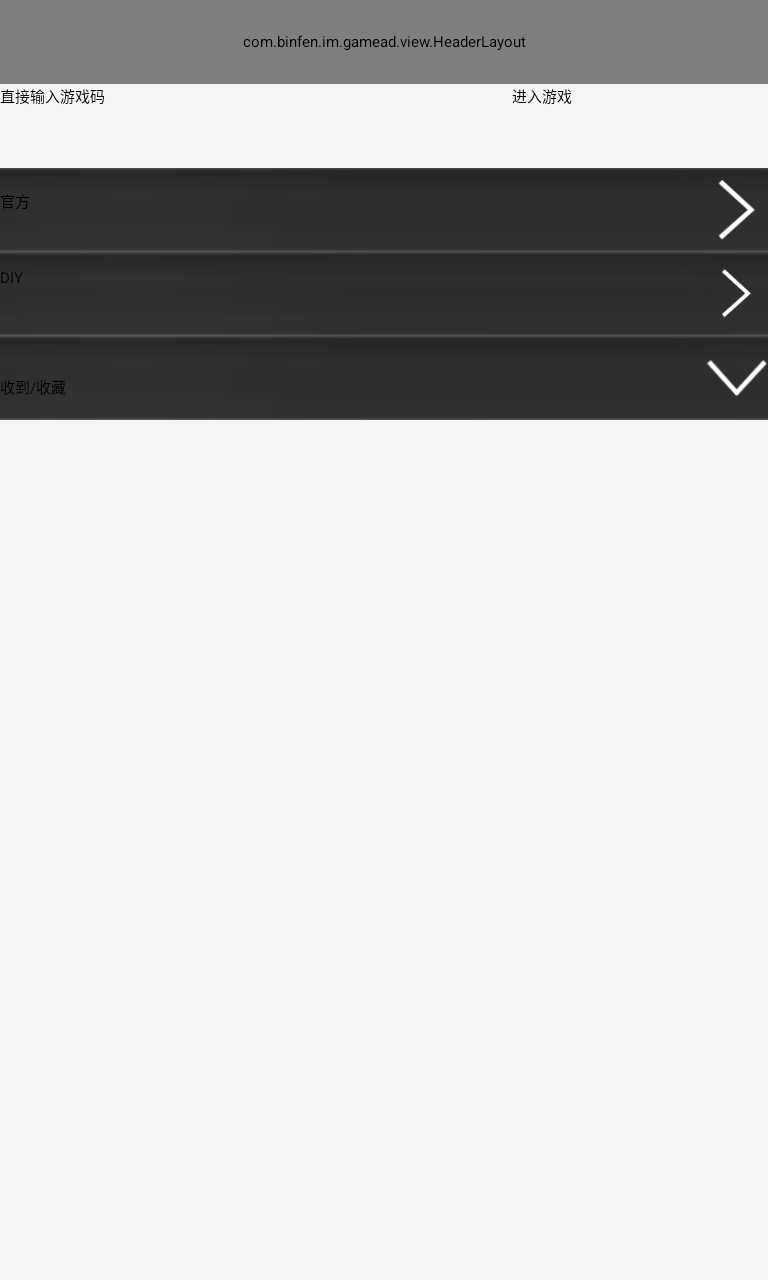
Repository: hosle/gad2
Layout: gamead_IM2/res/layout/xxh_gamelayout3.xml
An editor plug-in stored every save of this project. The layout is shown before and after the next save, followed by the edit.
Pictures or frames that could not be fetched are drawn as grey boxes. It is drawn on a 768 x 1280 px phone screen (xhdpi) without system bars, with theme AppTheme; the app's code is not run. Lists and similar views that code fills are empty. The app's manifest (not shown) leaves right-to-left support off. So textAlignment, textDirection and layoutDirection are ignored, and left and right values win over start and end ones.

Above is the layout before, as saved 2015-06-26 07:19:02.

### gamead_IM2/res/layout/xxh_gamelayout3.xml
<?xml version="1.0" encoding="utf-8"?>
<RelativeLayout xmlns:android="http://schemas.android.com/apk/res/android"
    android:layout_width="match_parent"
    android:layout_height="match_parent"
     android:background="@color/base_bg"
    >

    <include
        android:id="@+id/common_actionbar"
        layout="@layout/include_action_bar"
        android:layout_width="match_parent"
        android:layout_height="42dp"
        android:layout_alignParentTop="true" />

    <LinearLayout
        android:id="@+id/bar2"
        android:layout_width="match_parent"
        android:layout_height="126dp"
        android:layout_below="@+id/common_actionbar"
        android:orientation="vertical" >
         <LinearLayout
            android:orientation="horizontal"
            android:layout_width="match_parent"
            android:layout_height="42dp">
            <EditText android:id="@+id/edt_gamecode"
                android:layout_height="match_parent"
                android:layout_width="0dp"
                android:layout_weight="2"
                android:hint="@string/hintgamecode"/>
            <Button android:id="@+id/btn_gamecode"
                android:layout_height="match_parent"
                android:layout_width="0dp"
                android:layout_weight="1"
                android:text="@string/btngamecode"
                />

        </LinearLayout>

       <RelativeLayout
            android:layout_width="match_parent"
            android:layout_height="42dp"
            android:gravity="center_vertical"
            android:background="@drawable/xxh_game_dir" >

           <TextView
               android:id="@+id/official_game"
               android:layout_width="wrap_content"
               android:layout_height="wrap_content"
               android:layout_alignParentLeft="true"
               android:layout_centerVertical="true"
               android:text="官方"
               android:textAppearance="?android:attr/textAppearanceLarge" />

           <ImageButton
               android:id="@+id/xxh_imagebnt1"
               android:layout_width="wrap_content"
               android:layout_height="wrap_content"
               android:layout_alignParentBottom="true"
               android:layout_alignParentRight="true"
               android:layout_alignRight="@+id/official_game"
               android:background="@drawable/xxh_game_bkimgbnt"
               android:src="@drawable/xxh_game_ar" />

        </RelativeLayout>

        <RelativeLayout
            android:layout_width="match_parent"
            android:layout_height="42dp"
            android:gravity="center_vertical"
            android:background="@drawable/xxh_game_dir" >

            <TextView
               android:id="@+id/receive_game"
               android:layout_width="wrap_content"
               android:layout_height="wrap_content"
               android:layout_alignParentLeft="true"
               android:layout_centerVertical="true"
               android:text="DIY"
               android:textAppearance="?android:attr/textAppearanceLarge" />

           <ImageButton
               android:id="@+id/xxh_imagebnt2"
               android:layout_width="wrap_content"
               android:layout_height="wrap_content"
               android:layout_alignParentRight="true"
               android:layout_alignTop="@+id/receive_game"
               android:background="@drawable/xxh_game_bkimgbnt"
               android:src="@drawable/xxh_game_ar" />

        </RelativeLayout>
       </LinearLayout>
       <LinearLayout
            android:layout_width="match_parent"
            android:layout_height="wrap_content"
            android:layout_below="@+id/bar2"

            android:orientation="vertical"
           >
        <RelativeLayout
            android:layout_width="match_parent"
            android:layout_height="42dp"
            android:gravity="center_vertical"
            android:background="@drawable/xxh_game_dir" >
           <TextView
               android:id="@+id/save_game"
               android:layout_width="wrap_content"
               android:layout_height="wrap_content"
               android:layout_alignParentStart="true"
               android:layout_alignParentLeft="true"
               android:layout_centerVertical="true"
               android:text="收到/收藏"
               android:textAppearance="?android:attr/textAppearanceLarge" />

           <ImageButton
               android:id="@+id/xxh_imagebnt3"
               android:layout_width="wrap_content"
               android:layout_height="wrap_content"
               android:layout_alignParentRight="true"
               android:layout_alignParentEnd="true"
               android:layout_alignRight="@+id/save_game"
               android:background="@drawable/xxh_game_bkimgbnt"
               android:src="@drawable/xxh_game_ad" />

        </RelativeLayout>
          <ListView
        android:id="@+id/listgame"
        android:layout_width="match_parent"
        android:layout_height="305dp"

        ></ListView>

    </LinearLayout>

   <!--  <com.binfen.im.gamead.view.ClearEditText
        android:id="@+id/et_msg_search"
        android:layout_width="fill_parent"
        android:layout_height="@dimen/base_action_bar_height"
        android:layout_margin="10dp"
        android:background="@drawable/base_edit_input"
        android:drawableLeft="@drawable/icon_msg_search"
        android:drawablePadding="10dp"
        android:hint="@string/message_search_hint"
        android:paddingLeft="10dp"
        android:paddingRight="10dp"
        android:visibility="gone"
        android:singleLine="true" /> -->

    <!-- <GridView
        android:id="@+id/gridgame"
        android:layout_width="match_parent"
        android:layout_height="match_parent"
        android:numColumns="auto_fit"
        android:columnWidth="90dp"
        android:verticalSpacing="5dp"
        android:horizontalSpacing="5dp"
        android:stretchMode="columnWidth"
        android:gravity="center"
        ></GridView> -->

</RelativeLayout>

### gamead_IM2/res/values/colors.xml
<?xml version="1.0" encoding="utf-8"?>
<resources>

    <color name="base_actionbar_bg">#f5f5f5</color>
    <color name="base_action_bar_title_color">#2f2725</color>
    <color name="base_tab_indicator_text_color">#f82c22</color>
    <color name="base_menu_left_bg">#393c44</color>
    <color name="pull_refresh_textview">#000000</color>
    <color name="base_color_text_black">#3e3e39</color>
    <color name="base_color_text_gray">#9fa0a0</color>
    <color name="base_color_text_white">#ffffff</color>
    <color name="home_item_color_bg">#f4f6f6</color>
    <color name="base_bg">#f4f6f6</color>
    <!-- zxing -->
    <color name="color_half_transparent">#b0000000</color>
    <color name="color_transparent_bg">#80000000</color>
    <color name="color_transparent_bg1">#e0000000</color>
    <!-- emot -->
    <color name="msg_emote_divider">#ffa1a1a1</color>
    <color name="color_bottom_bg">#272a2e</color>
    <color name="color_bottom_text_normal">#9da0a4</color>
    <color name="color_bottom_text_press">#4f9ef6</color>
    <color name="text_gray">#969696</color>
    <color name="transparent">#00000000</color>
    <color name="msg_chat_bg">#eceff4</color>

    <color name="theme_bg_color">#f0f2f5</color>
    <color name="color_theme">#489cfa</color>
    <color name="c_f98800">#ed4e23</color>

    <color name="dialog_color_title">#f82c22</color>
    <color name="guide_color">#898989</color>

    <color name="common_bg">#fcfcfc</color>

</resources>

### gamead_IM2/res/layout/include_action_bar.xml
<?xml version="1.0" encoding="utf-8"?>
<com.binfen.im.gamead.view.HeaderLayout
    xmlns:android="http://schemas.android.com/apk/res/android"
    android:layout_width="match_parent"
    android:layout_height="@dimen/base_action_bar_height" >

</com.binfen.im.gamead.view.HeaderLayout>

### gamead_IM2/res/values/strings.xml
<?xml version="1.0" encoding="utf-8"?>
<resources>

    <string name="app_name">缤分</string>
    <string name="action_settings">Settings</string>
    <string name="hello_world">Hello world!</string>
    <string name="login_username_hint">请输入用户名&#8230;</string>
    <string name="login_password_hint">请输入密码&#8230;</string>
    <string name="login_email_hint">请在此输入密码&#8230;</string>
    <string name="login">登录</string>
    <string name="register">注册</string>
    <string name="register_txt1">还没有账号？</string>
    <string name="register_txt2">立即注册 ></string>
    <string name="login_account">账号 </string>
    <string name="login_pwd">密码 </string>
    <string name="login_email">确认密码 </string>
    <string name="message_search_hint">搜索&#8230;</string>
    <string name="main_tab_recent">会话</string>
    <string name="main_tab_contact">联系人</string>
    <string name="mian_tab_set">设置</string>
    <string name="main_tab_game">游戏</string>
    <string name="xlistview_header_hint_normal">下拉刷新</string>
    <string name="xlistview_header_hint_ready">松开刷新数据</string>
    <string name="xlistview_header_hint_loading">正在加载&#8230;</string>
    <string name="xlistview_header_last_time">上次更新时间：</string>
    <string name="xlistview_footer_hint_normal">查看更多</string>
    <string name="xlistview_footer_hint_ready">松开载入更多</string>
    <string name="add_avator">头像</string>
    <string name="add_nick">昵称</string>
    <string name="add_name">账号</string>
    <string name="add_name_hint">请输入昵称&#8230;</string>
    <string name="add_gender">性别</string>
    <string name="set_notify">接收新消息通知</string>
    <string name="set_myinfo">个人资料</string>
    <string name="set_blacklist">黑名单</string>
    <string name="set_voice">声音</string>
    <string name="set_vibrate">震动</string>
    <string name="tips">提示</string>
    <string name="logout">退出登陆</string>
    <string name="pop_photo">拍照</string>
    <string name="pop_choose">从手机相册选中</string>
    <string name="network_tips">当前网络不可用,请检查您的网络!</string>
    <string name="toast_error_password_null">密码不能为空</string>
    <string name="toast_error_username_null">用户名不能为空</string>
    <string name="toast_error_comfirm_password">输入的两次密码不一致</string>
    <string name="blacklist">黑名单</string>
    <string name="chat">发起会话</string>
    <string name="add_friend">添加好友</string>
    <string name="send_state">已读</string>
    <string name="longclick_speak">长按说话</string>
    <string name="picture">照片</string>
    <string name="camera">拍摄</string>
    <string name="location">位置</string>
    <string name="xxh_game">游戏</string>
    <string name="black_tips">已添加至黑名单，你将不再收到对方的消息!</string>
    <string name="username">用户名</string>
    <string name="search">搜索</string>
    <string name="new_friends">新朋友</string>
    <string name="near_people">附近的人</string>
    <string name="voice_up_tips">手指上滑,取消发送</string>
    <string name="voice_cancel_tips">松开手指，取消发送</string>
    <string name="voice_seconds_tips">还可以说%1$s秒</string>
    <string name="voice_short_tips">录音时间太短</string>
    <string name="show_notice">\t\t\t\t\t自V1.0.6版本开始，应用源码中将不再公开ApplicationId,开发者请自行到官网申请。\n\t\t\t\t\t申请成功之后在应用程序启动页(SplashActivity)进行初始化操作!</string>
    <string name="title_activity_select_game_to_send">SelectGameToSendActivity</string>
    <string name="title_activity_maintest">MainActivity</string>
    <string name="title_activity_select_game_to_send2">SelectGameToSend2Activity</string>

    <string name="hintgamecode">直接输入游戏码</string>
    <string name="btngamecode">进入游戏</string>

</resources>

### gamead_IM2/res/values/dimens.xml
<resources>

    <!-- Default screen margins, per the Android Design guidelines. -->
    <dimen name="activity_horizontal_margin">16dp</dimen>
    <dimen name="activity_vertical_margin">16dp</dimen>
    <dimen name="text_size_small">14sp</dimen>
    <dimen name="text_size_medium">16sp</dimen>
    <dimen name="text_size_large">18sp</dimen>
    <dimen name="base_action_bar_height">48.0dip</dimen>
    <dimen name="base_action_bar_title_size">22.0sp</dimen>
    <dimen name="register_margin">10.0dp</dimen>
    <dimen name="base_scrollview_top_height">50.0dip</dimen>
    <dimen name="tab_padding_top_bottom">15dp</dimen>
    <dimen name="tab_padding_left_right">40dp</dimen>
    <dimen name="tab_height">48dp</dimen>
    <dimen name="base_line_width_1">1dip</dimen>
    <dimen name="base_line_width_2">2dip</dimen>
    <dimen name="base_line_width">0.5dip</dimen>

    <dimen name="time_line_line_left_margin">24dip</dimen>
    <dimen name="time_line_line_width">2.0dip</dimen>
    <dimen name="time_line_content_left_margin">52.0dip</dimen>
    <dimen name="time_line_content_right_margin">7.0dip</dimen>

    <dimen name="score_item_height">100.0dip</dimen>
     <dimen name="message_top_height">70.0dip</dimen>

     <dimen name="margin_chat_top">5.0dip</dimen>
</resources>

After the next save:
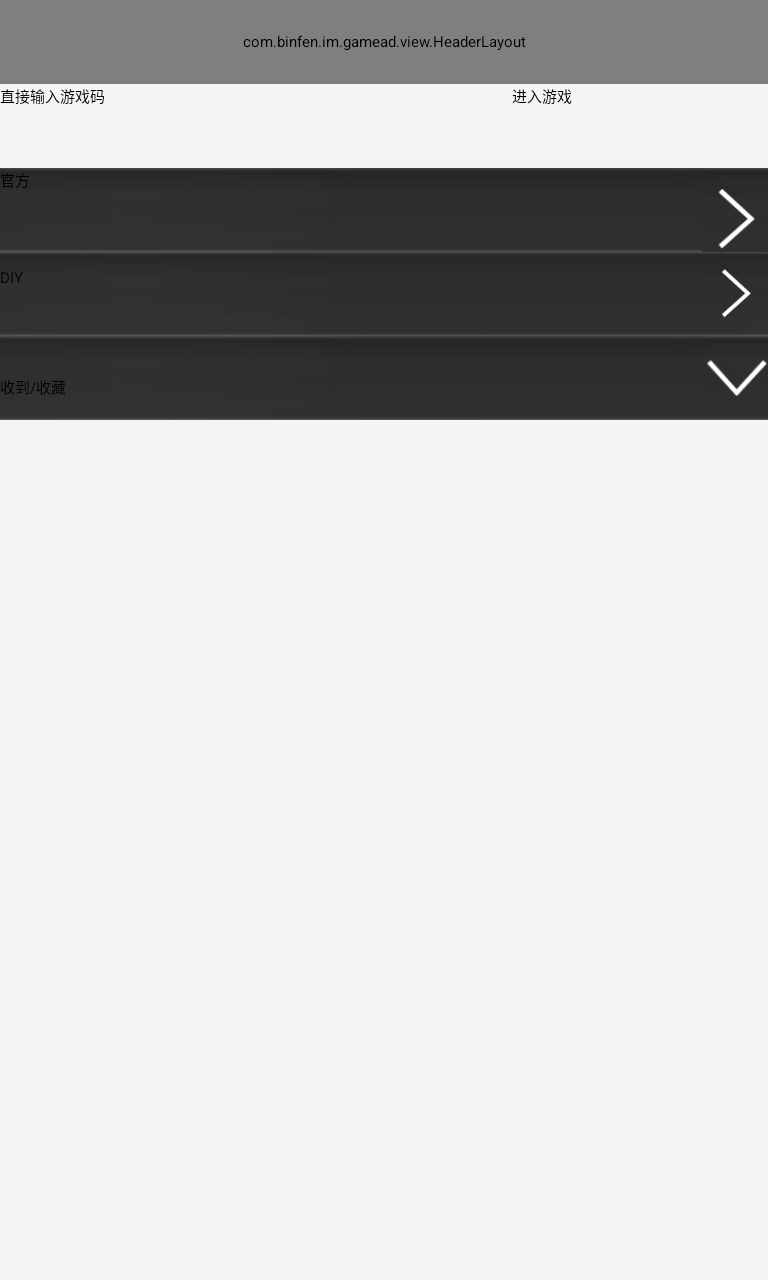
Saved 14 s later.
--- a/gamead_IM2/res/layout/xxh_gamelayout3.xml
+++ b/gamead_IM2/res/layout/xxh_gamelayout3.xml
@@ -47,7 +47,7 @@
                android:layout_width="wrap_content"
                android:layout_height="wrap_content"
                android:layout_alignParentLeft="true"
-               android:layout_centerVertical="true"
+
                android:text="官方"
                android:textAppearance="?android:attr/textAppearanceLarge" />
 

After the save that followed:
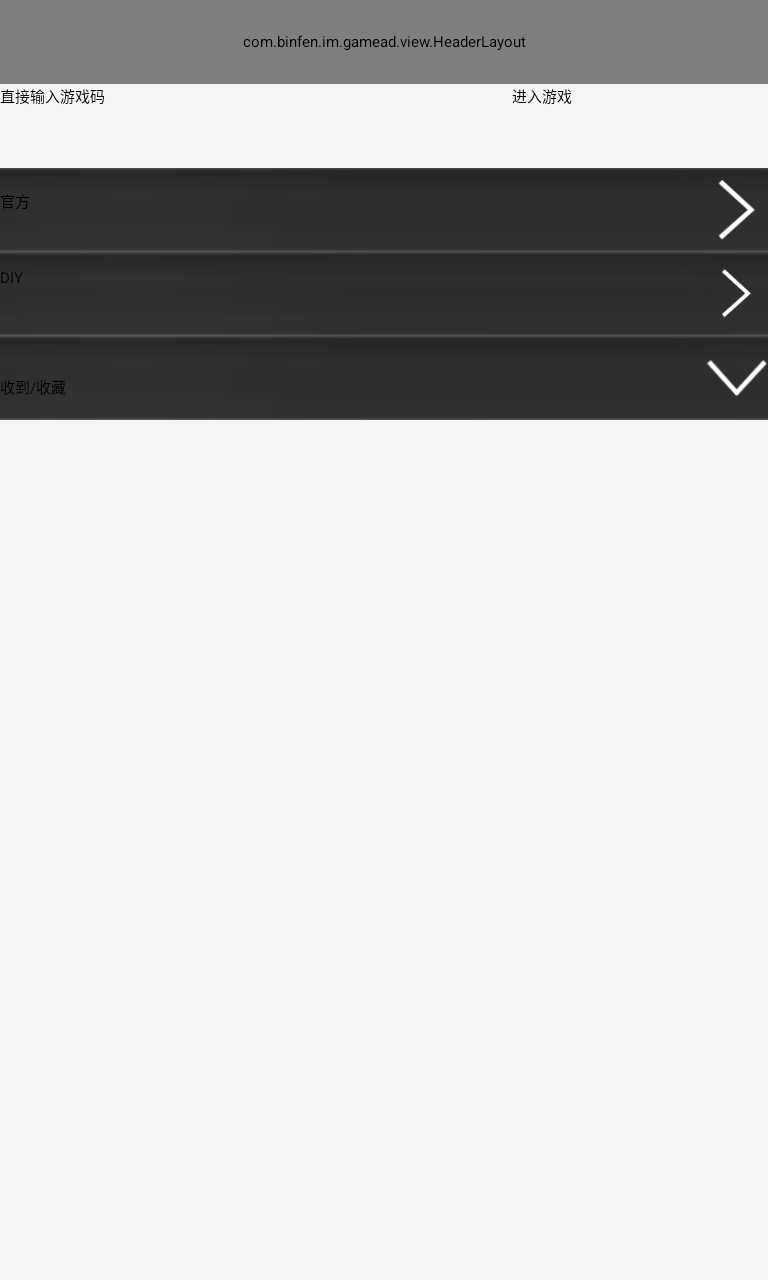
Saved 42 s later.
--- a/gamead_IM2/res/layout/xxh_gamelayout3.xml
+++ b/gamead_IM2/res/layout/xxh_gamelayout3.xml
@@ -47,6 +47,7 @@
                android:layout_width="wrap_content"
                android:layout_height="wrap_content"
                android:layout_alignParentLeft="true"
+               android:layout_centerVertical="true"
 
                android:text="官方"
                android:textAppearance="?android:attr/textAppearanceLarge" />
